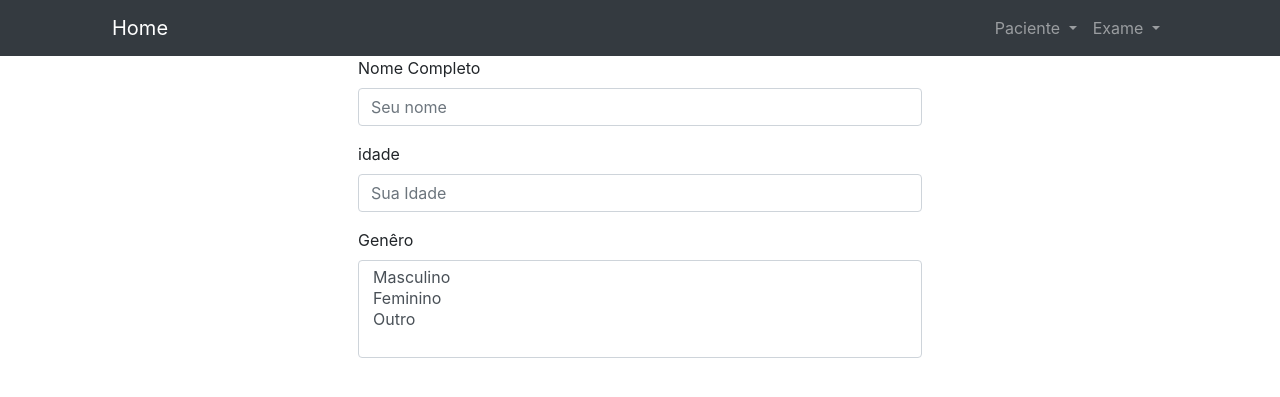
Repository: noobDevPRB/struts2_project
Page: http://localhost/Projeto_SOCTest/
An editor plug-in stored every save of this project. The page is shown before and after the next save, followed by the edit.
The browser window is 1280 px wide. The pictures show the whole page.
The page is served by Tomcat 9. Nobody is signed in. The application's start-up code is not run. Other server files are loaded and not shown.

Above is the page before, as saved 2020-10-17 16:28:09.

### Projeto_SOCTest/WebContent/index.jsp
<%@ page language="java" contentType="text/html; charset=ISO-8859-1" pageEncoding="ISO-8859-1"%>


<!DOCTYPE html>
<html>
<head>
	<!-- Required meta tags -->
	<meta charset="utf-8">
	<meta name="viewport" content="width=device-width, initial-scale=1, shrink-to-fit=no">

	<!-- Bootstrap CSS -->
	<link rel="stylesheet" href="https://stackpath.bootstrapcdn.com/bootstrap/4.4.1/css/bootstrap.min.css">

	<title>Soc Teste</title>
</head>
<body>
	<nav class="navbar navbar-expand-lg navbar-dark bg-dark">
		<a class="navbar-brand pl-5 ml-5" href="http://localhost:8080/Projeto_SOCTest/">Home</a>

		<div class="collapse navbar-collapse" id="navbarSupportedContent">
			<ul class="navbar-nav ml-auto pr-5 mr-5">
				<li class="nav-item dropdown">
					<a class="nav-link dropdown-toggle" href="#" id="navbarDropdown" role="button" data-toggle="dropdown" aria-haspopup="true" aria-expanded="false">
					Paciente
					</a>
					<div class="dropdown-menu" aria-labelledby="navbarDropdown">
						<a class="dropdown-item" href="http://localhost:8080/Projeto_SOCTest/cadastrarPaciente">Cadastro</a>
						<a class="dropdown-item" href="http://localhost:8080/Projeto_SOCTest/listarPaciente">Listagem</a>
					</div>
				</li>
				<li class="nav-item dropdown">
					<a class="nav-link dropdown-toggle" href="#" id="navbarDropdown" role="button" data-toggle="dropdown" aria-haspopup="true" aria-expanded="false">
					Exame
					</a>
					<div class="dropdown-menu" aria-labelledby="navbarDropdown">
						<a class="dropdown-item" href="http://localhost:8080/Projeto_SOCTest/cadastrarExames">Cadastro</a>
						<a class="dropdown-item" href="http://localhost:8080/Projeto_SOCTest/listarExames">Listagem</a>
					</div>
				</li>
			</ul>
		</div>
	</nav>

	<div class="container">
		<div class="row">
			<div class="col-sm px-5 mx-5">
				<form class="px-5 mx-5">
					<div class="form-group px-5 mx-5">
						<label for="formGroupExampleInput">Nome Completo</label>
						<input type="text" class="form-control" id="formGroupExampleInput" placeholder="Seu nome">
					</div>
					<div class="form-group px-5 mx-5">
						<label for="formGroupExampleInput2">idade</label>
						<input type="text" class="form-control" id="formGroupExampleInput2" placeholder="Sua Idade">
					</div>
					<div class="form-group px-5 mx-5">
						<label for="exampleFormControlSelect2">Genêro</label>
						<select multiple class="form-control" id="exampleFormControlSelect2">
						<option>Masculino</option>
						<option>Feminino</option>
						<option>Outro</option>
						</select>
					</div>
				</form>
			</div>
		</div>
	</div>

   <!-- Bootstrap Scripts -->
	<script src="https://code.jquery.com/jquery-3.4.1.slim.min.js"></script>
	<script src="https://cdn.jsdelivr.net/npm/popper.js@1.16.0/dist/umd/popper.min.js"></script>
	<script src="https://stackpath.bootstrapcdn.com/bootstrap/4.4.1/js/bootstrap.min.js"></script>
</body>
</html>

After the next save:
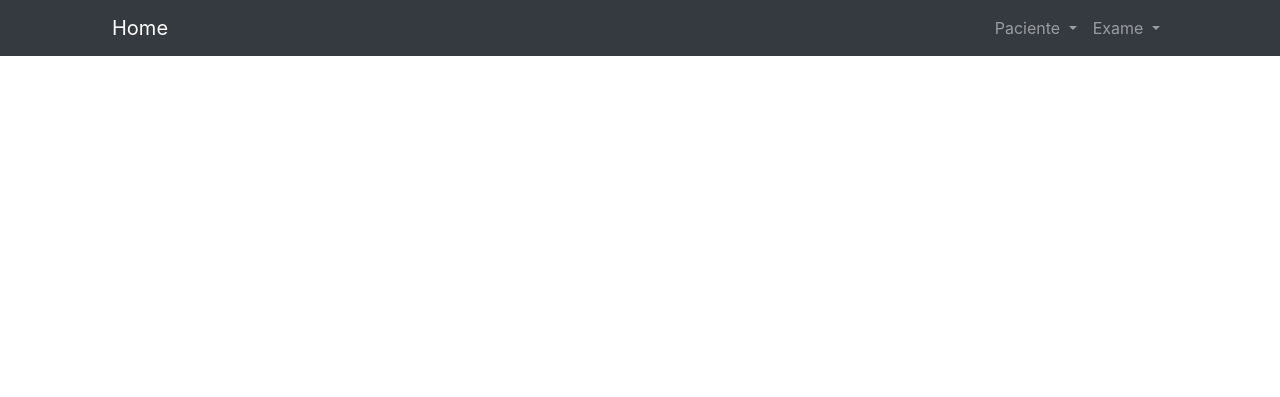
Saved 24 min 26 s later.
--- a/Projeto_SOCTest/WebContent/index.jsp
+++ b/Projeto_SOCTest/WebContent/index.jsp
@@ -40,32 +40,6 @@
 			</ul>
 		</div>
 	</nav>
-
-	<div class="container">
-		<div class="row">
-			<div class="col-sm px-5 mx-5">
-				<form class="px-5 mx-5">
-					<div class="form-group px-5 mx-5">
-						<label for="formGroupExampleInput">Nome Completo</label>
-						<input type="text" class="form-control" id="formGroupExampleInput" placeholder="Seu nome">
-					</div>
-					<div class="form-group px-5 mx-5">
-						<label for="formGroupExampleInput2">idade</label>
-						<input type="text" class="form-control" id="formGroupExampleInput2" placeholder="Sua Idade">
-					</div>
-					<div class="form-group px-5 mx-5">
-						<label for="exampleFormControlSelect2">Genêro</label>
-						<select multiple class="form-control" id="exampleFormControlSelect2">
-						<option>Masculino</option>
-						<option>Feminino</option>
-						<option>Outro</option>
-						</select>
-					</div>
-				</form>
-			</div>
-		</div>
-	</div>
-
    <!-- Bootstrap Scripts -->
 	<script src="https://code.jquery.com/jquery-3.4.1.slim.min.js"></script>
 	<script src="https://cdn.jsdelivr.net/npm/popper.js@1.16.0/dist/umd/popper.min.js"></script>
